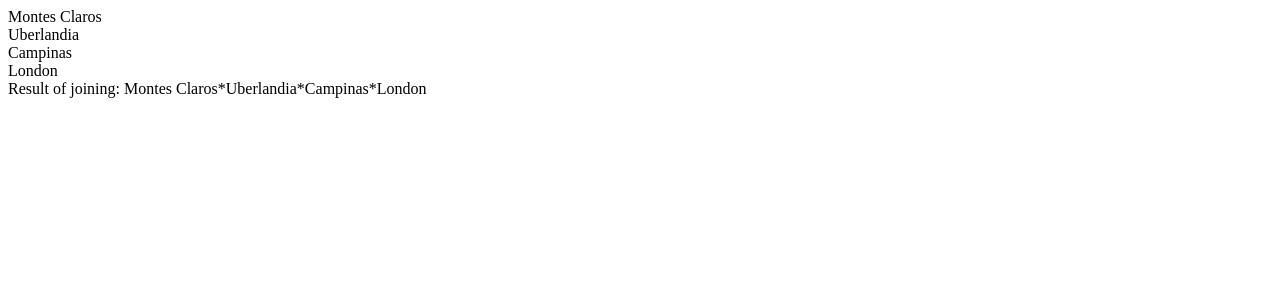
Repository: romuloabbiati/jsp-for-beginners
Page: http://localhost/tagdemo/split-join-test.jsp
An editor plug-in stored every save of this project. The page is shown before and after the next save, followed by the edit.
The browser window is 1280 px wide. The pictures show the whole page.
The page is served by Tomcat 9. Other server files are loaded and not shown.

Above is the page before, as saved 2023-02-24 06:13:24.

### tagdemo/WebContent/split-join-test.jsp
<%@ taglib uri="http://java.sun.com/jsp/jstl/core" prefix="c" %>

<%@ taglib uri="http://java.sun.com/jsp/jstl/functions" prefix="fn" %>

<html>

<body>

<c:set var="cities" value="Montes Claros,Uberlandia,Campinas,London" />

<c:set var="citiesArray" value="${fn:split(cities, ',')}" />

<c:forEach var="tempCity" items="${citiesArray}">

	${tempCity} <br/>

</c:forEach>

<c:set var="joinCities" value="${fn:join(citiesArray, '*')}" />

	Result of joining: ${joinCities}

</body>

</html>

After the next save:
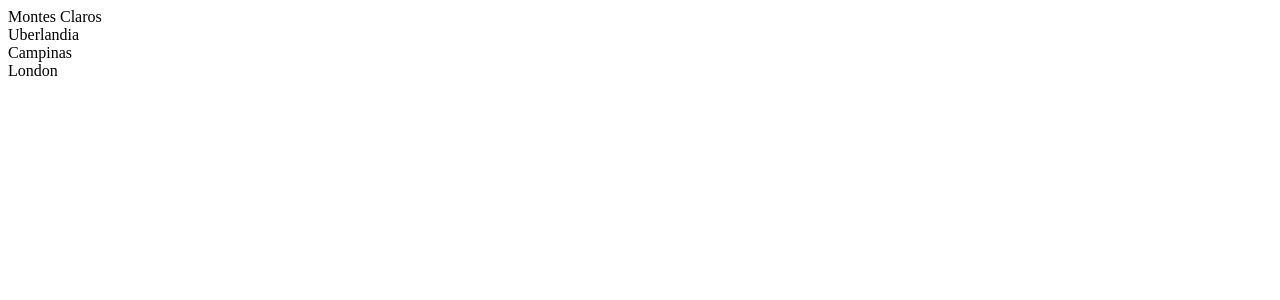
Saved 3 min 38 s later.
--- a/tagdemo/WebContent/split-join-test.jsp
+++ b/tagdemo/WebContent/split-join-test.jsp
@@ -16,10 +16,6 @@
 
 </c:forEach>
 
-<c:set var="joinCities" value="${fn:join(citiesArray, '*')}" />
-
-	Result of joining: ${joinCities}
-
 </body>
 
 </html>

After the save that followed:
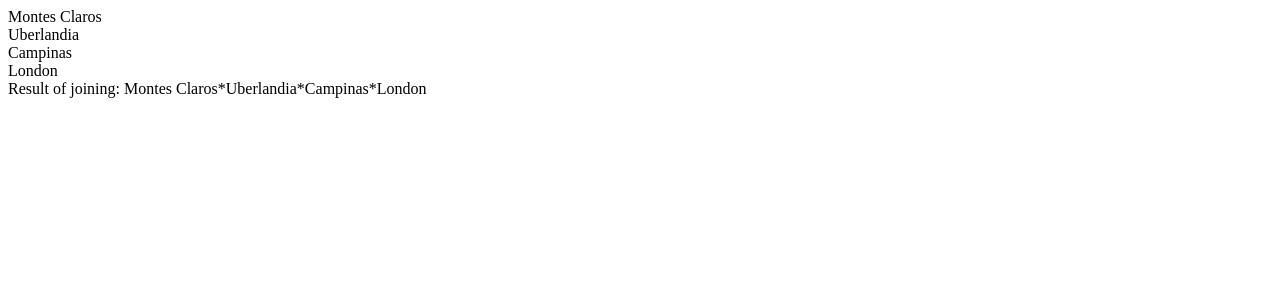
Saved 83 s later.
--- a/tagdemo/WebContent/split-join-test.jsp
+++ b/tagdemo/WebContent/split-join-test.jsp
@@ -16,6 +16,10 @@
 
 </c:forEach>
 
+<c:set var="joinCities" value="${fn:join(citiesArray, '*')}" />
+
+ Result of joining: ${joinCities}
+
 </body>
 
 </html>
